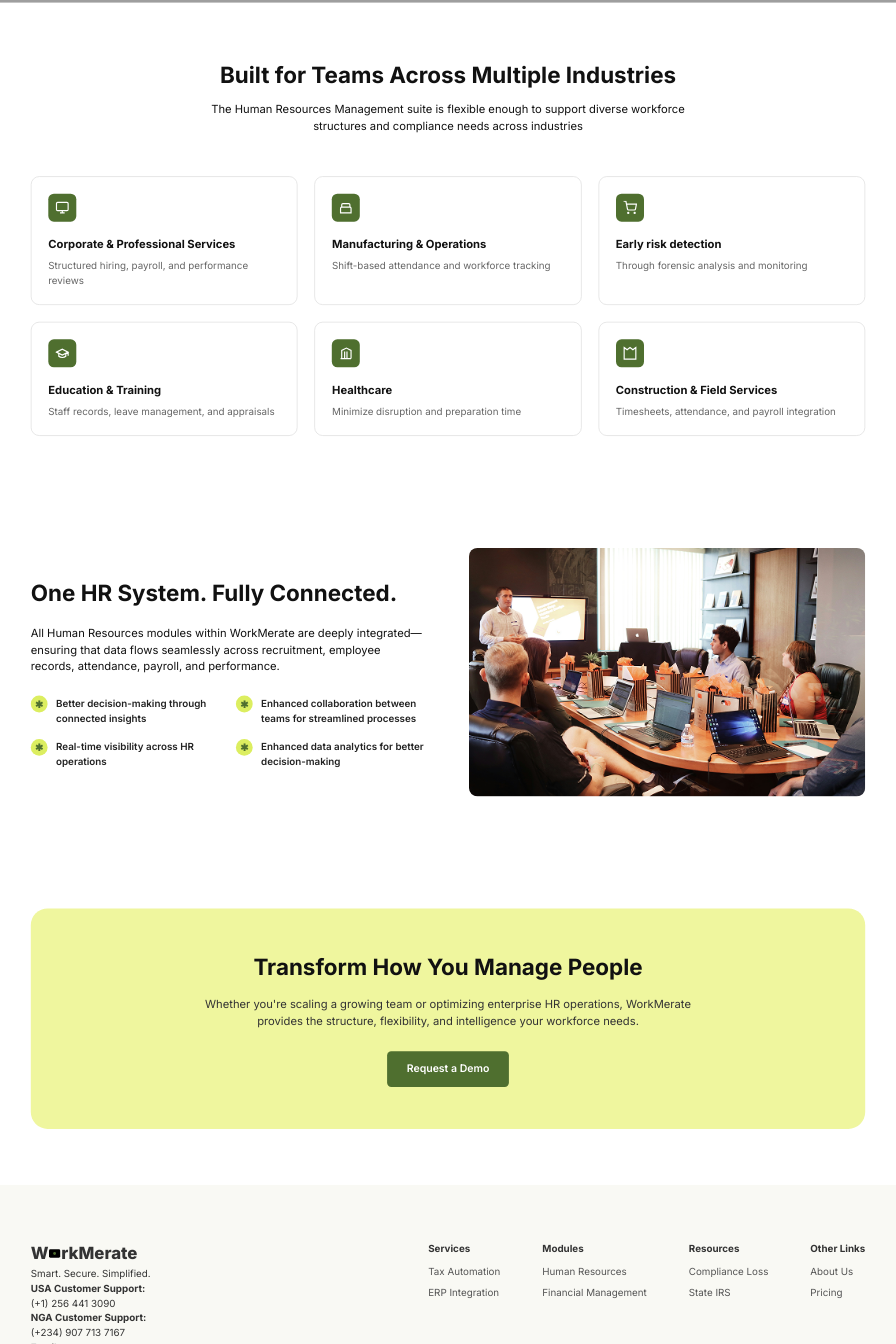
Repository: Opawumi/work_merate
Page: hr.html
The author's editor kept a copy of each file at every save. The page is drawn from the files as they stood at one save, then again after a run of saves.
The browser window is 1280 px wide. The pictures show the part of the page from y = 1874 to 3794 px (the page is 4074 px tall), at 70% of full size.
Pictures or frames that could not be fetched are drawn as grey boxes.

Above is the page before, as saved 2026-02-02 19:32:09.

After the next 5 saves:
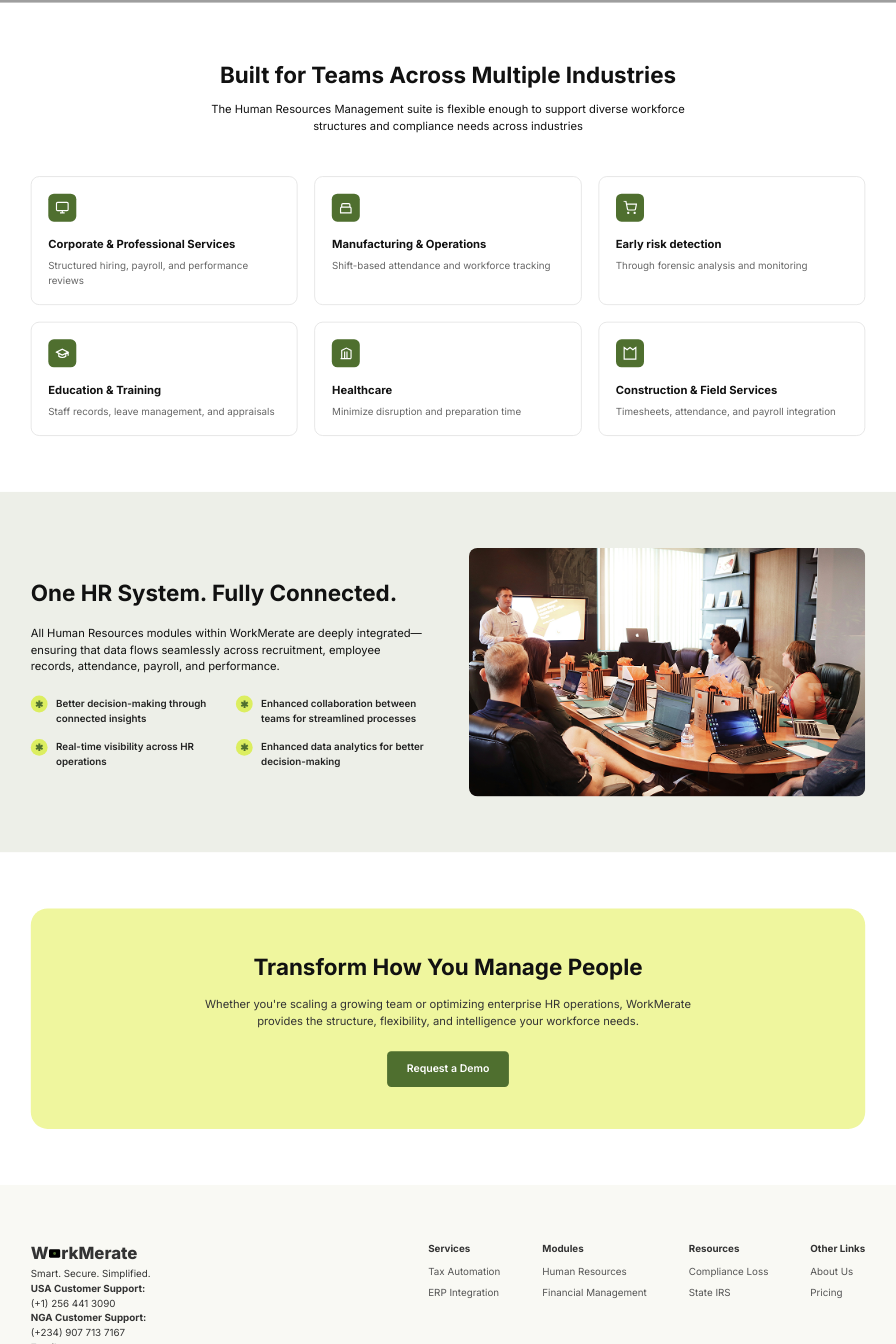
The 5 saves are shown as one change because they came seconds apart.
The last was saved 11 s later.
--- a/hr.css
+++ b/hr.css
@@ -47,7 +47,7 @@
     background: url("./assets/pricing-bg-3.png") no-repeat center/cover;
 }
 .grey-bg {
-
+    background-color: #EDEFE8;
 }
 .bg-white {
   background-color: #fff;
